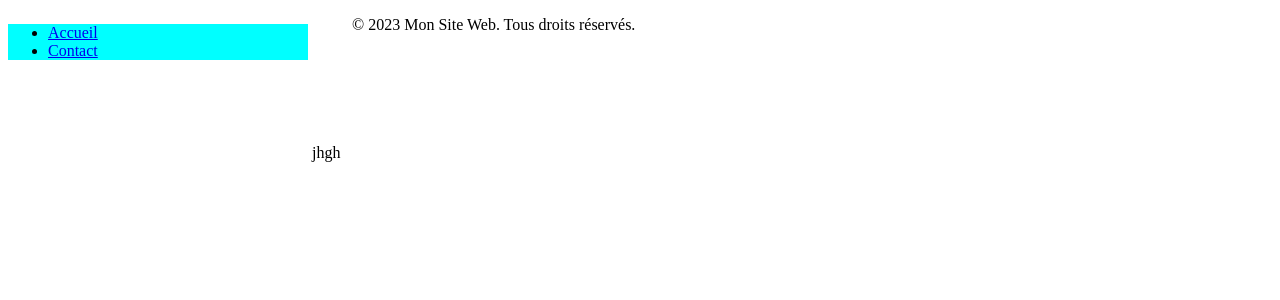
Repository: mardocheengoran/prepa-website
Page: index.html
The author's editor kept a copy of each file at every save. The page is drawn from the files as they stood at one save, then again after the next save.
The browser window is 1280 px wide. The pictures show the whole page.

Above is the page before, as saved 2025-03-19 03:20:21.

After the next save:
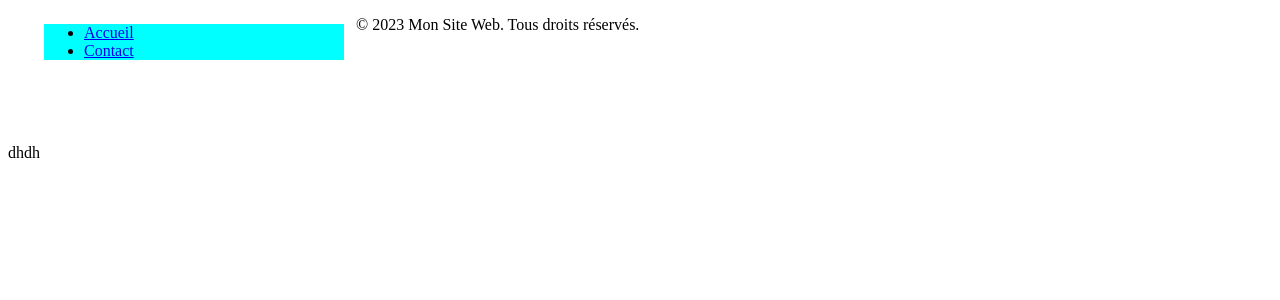
Saved 16 s later.
--- a/index.html
+++ b/index.html
@@ -1,3 +1,3 @@
+dhdh
 <iframe src="header.html" frameborder="0"></iframe>
-jhgh
 <iframe src="footer.html" frameborder="0"></iframe>
